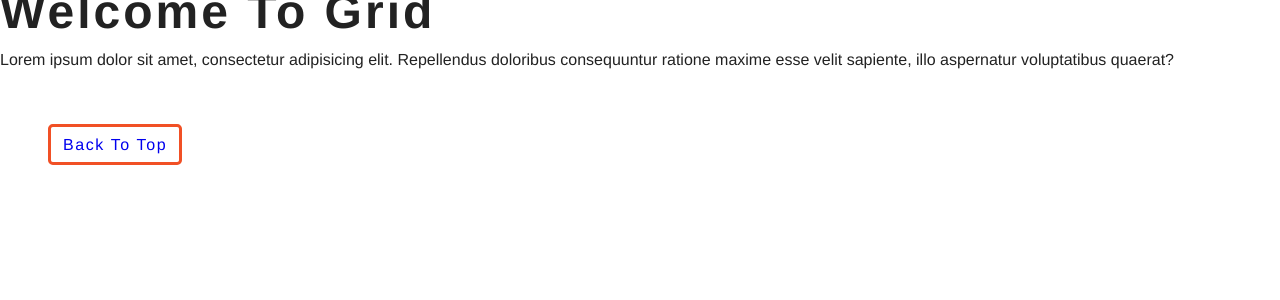
Repository: Ndifoinhilary/css_grid
Page: css-grid-learn/hero.html
The author's editor kept a copy of each file at every save. The page is drawn from the files as they stood at one save, then again after the next save.
The browser window is 1280 px wide. The pictures show the whole page.

Above is the page before, as saved 2024-01-28 16:52:31.

After the next save:
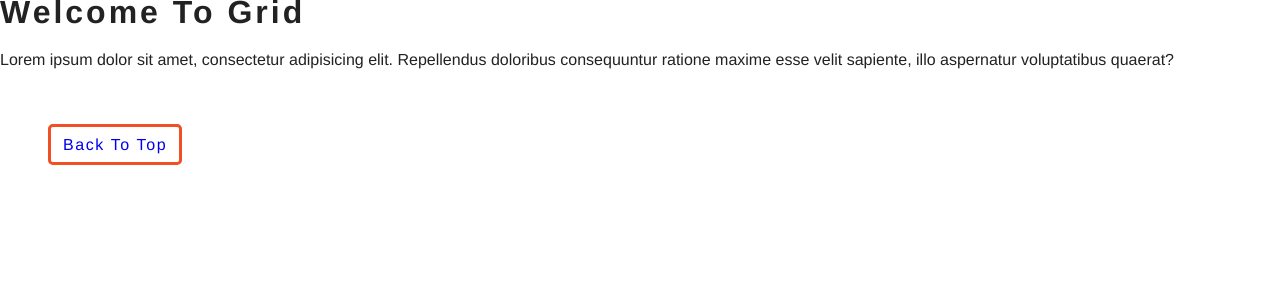
Saved 36 s later.
--- a/css-grid-learn/main.css
+++ b/css-grid-learn/main.css
@@ -52,7 +52,7 @@ h1, h2, h3{
 }
 
 h1{
-    font-size: 3rem;
+    font-size: 2rem;
 }
 
 h2{
